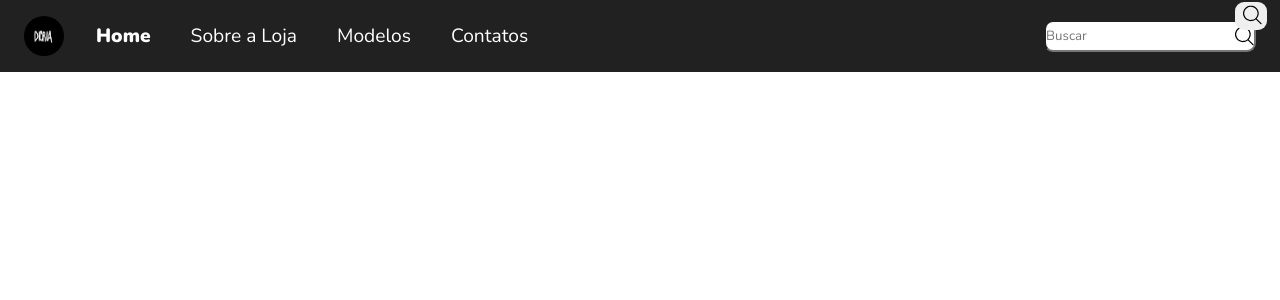
Repository: analessp/dicriastreet
Page: index.html
These files come from the project's save history. The page is drawn as it stood at one moment and after a run of saves; the edit follows.
The browser window is 1280 px wide. The pictures show the whole page.

Above is the page before, as saved 2025-04-17 12:36:33.

After the next 2 saves:
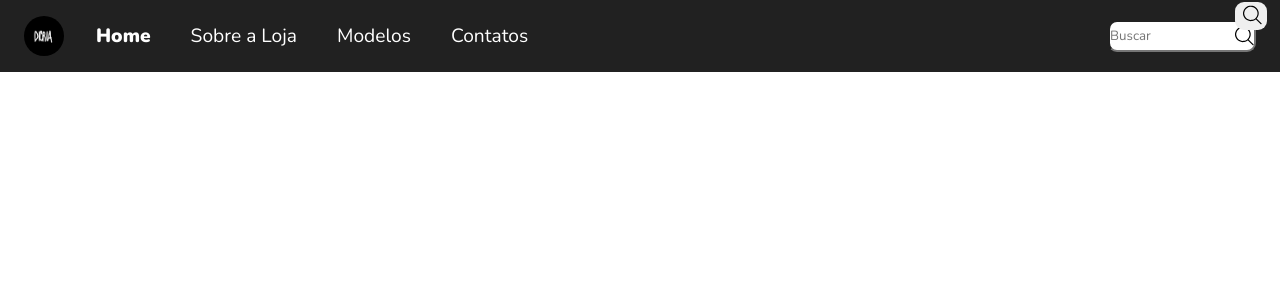
The 2 saves are shown as one change because they came seconds apart.
The last was saved 5 s later.
--- a/style.css
+++ b/style.css
@@ -59,7 +59,7 @@ header {
 #header-search-bar input {
     border-radius: 9px;
     height: 1.8rem;
-    width: 13rem;
+    width: 9rem;
     padding: 0 1 rem;
     background: url(/assets/search.svg);
     background-color: #ffffff;
